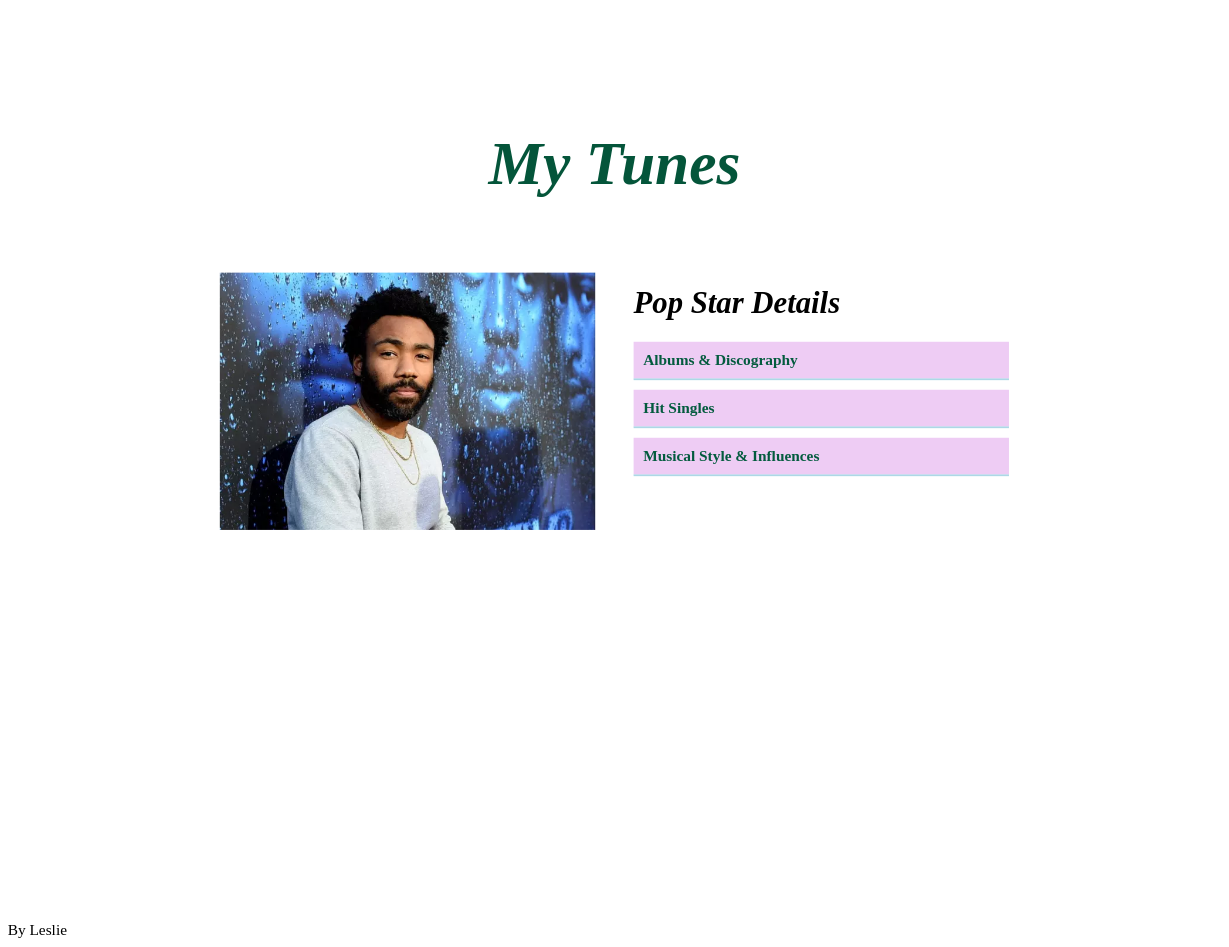
Repository: leslie179/labOne
Page: /
The author's editor kept a copy of each file at every save. The page is drawn from the files as they stood at one save, then again after a run of saves.
The browser window is 1280 px wide. The pictures show the whole page, at 96% of full size.
The project was rebuilt for these pictures with package versions that can differ from the ones it lists, and the page was loaded fresh each time. The framework's server and built-in components were replaced by stand-ins that run in the browser. Also part of the build but not shown: next.config.js, components/Footer/Footer.module.css.

Above is the page before, as saved 2024-09-15 22:45:40.

After the next 3 saves:
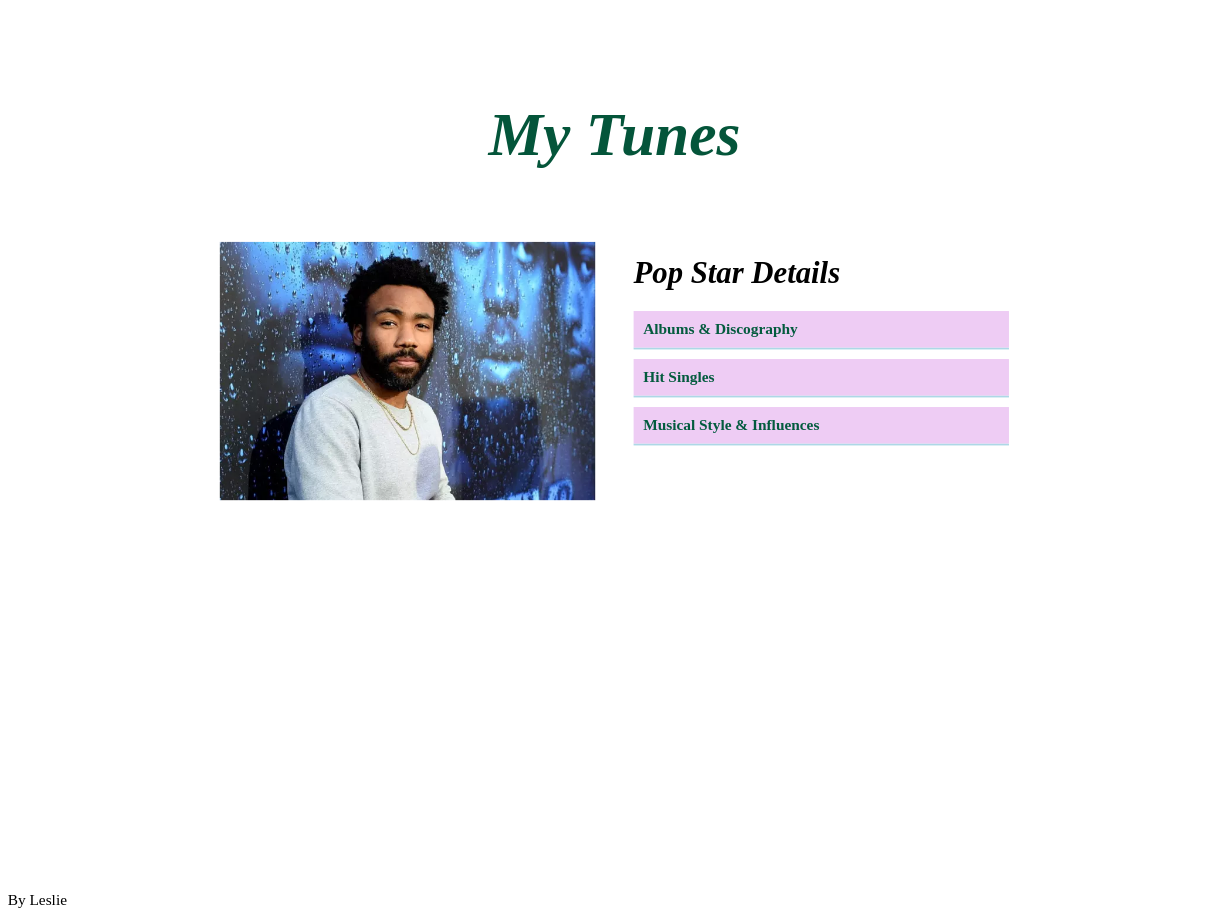
The 3 saves are shown as one change because they came seconds apart.
The last was saved 15 s later.
--- a/components/Header/Header.module.css
+++ b/components/Header/Header.module.css
@@ -1,6 +1,6 @@
 .header {
     text-align: center;
-    padding-top: 10%;
+    padding-top: 7.5%;
   }
 
   .header h1 {
